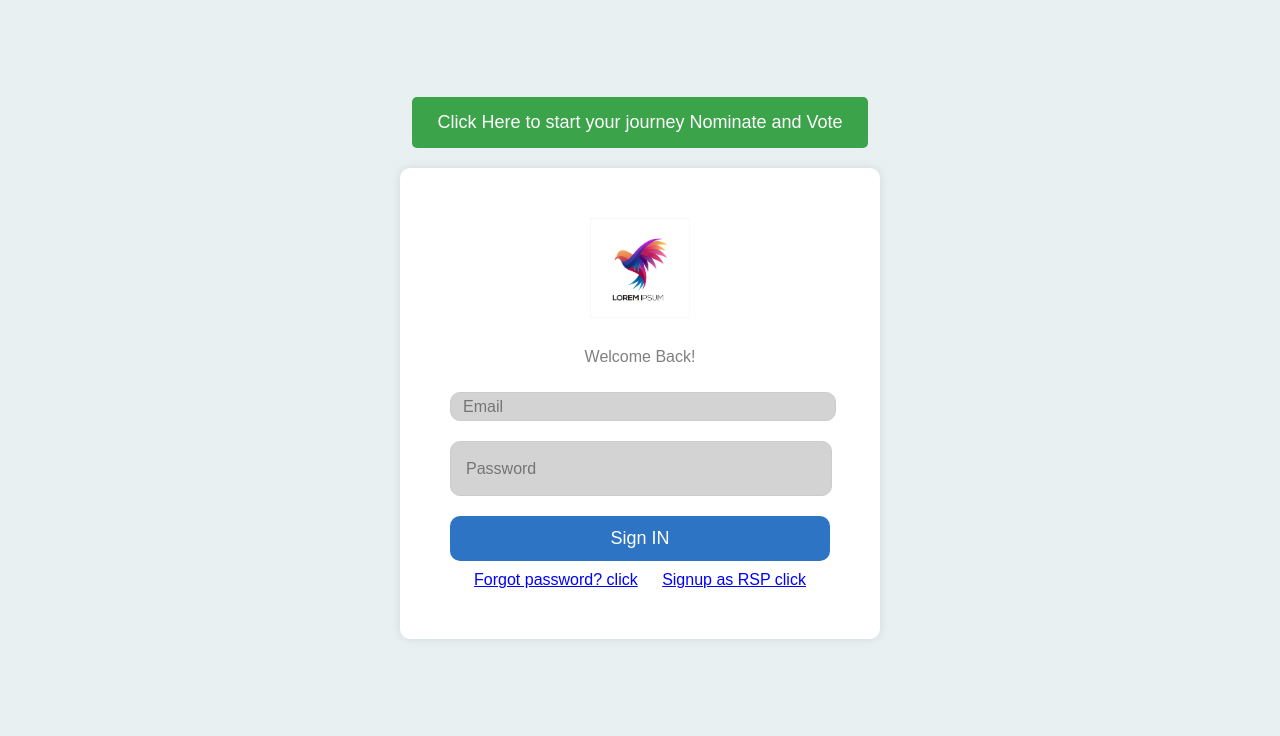
Repository: Femi007-gh/welcome
Page: index.html
The author's editor kept a copy of each file at every save. The page is drawn from the files as they stood at one save, then again after the next save.
The browser window is 1280 px wide. The pictures show the whole page.
Some web libraries are served in a nearby version.

Above is the page before, as saved 2025-03-10 18:20:18.

After the next save:
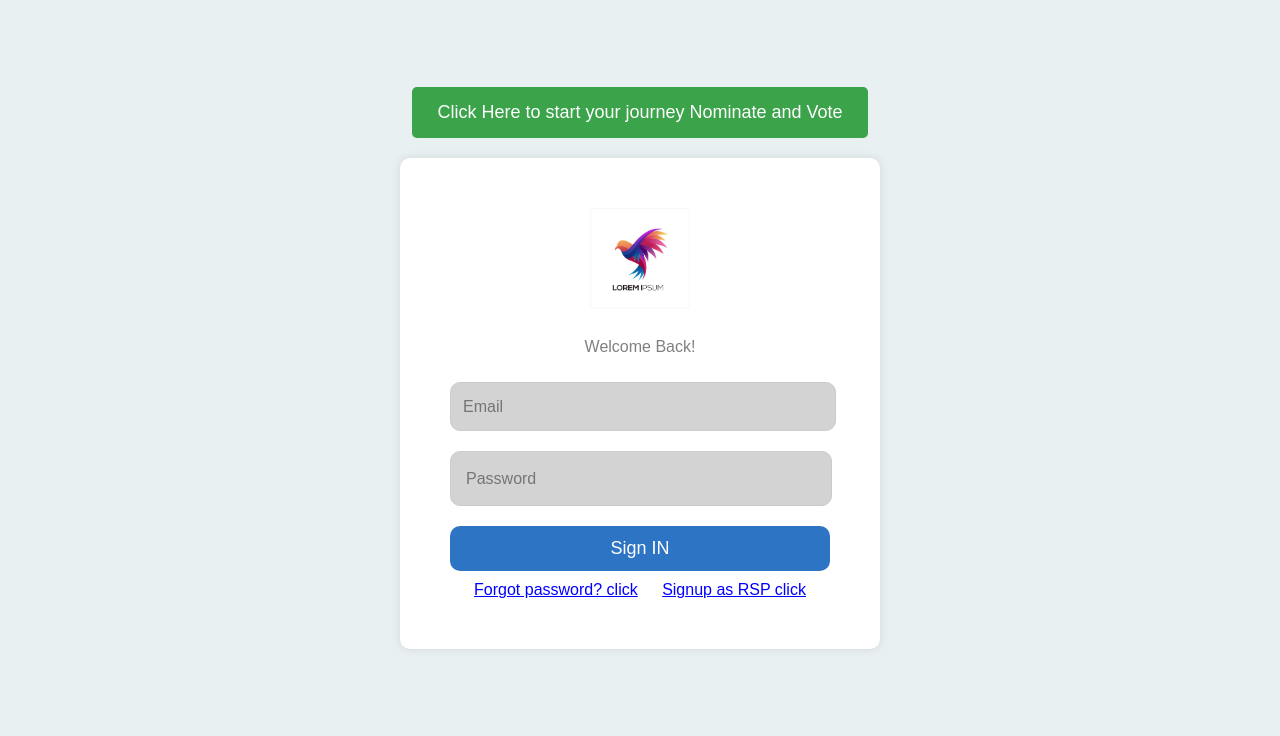
Saved 23 s later.
--- a/index.html
+++ b/index.html
@@ -99,7 +99,7 @@
           height: 3px;
         }
         .lit{
-          height: 3px;
+          height: 23px;
         }
     </style>
 </head>
